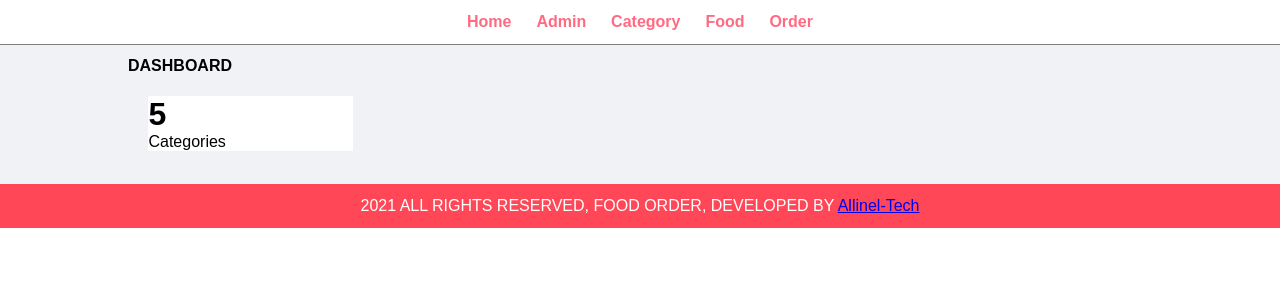
Repository: yazshrilld/food_order
Page: http://localhost/admin/index.php
These files come from the project's save history. The page is drawn as it stood at one moment and after a run of saves; the edit follows.
The browser window is 1280 px wide. The pictures show the whole page.
The page is run by PHP 8.4 with error messages shown; the project is at /var/www/html/.

Above is the page before, as saved 2021-01-24 16:37:03.

### admin/index.php
    <html>
    <head>
        <title>Food Order Website - Home Page</title>
        <link rel="stylesheet" href="../css/admin.css">
    </head>
    <body>
        <!-- Menu Section Starts -->
            <div class="menu text-center">
                <div class="wrapper">
                    <ul>
                        <li><a href="">Home</a></li>
                        <li><a href="">Admin</a></li>
                        <li><a href="">Category</a></li>
                        <li><a href="">Food</a></li>
                        <li><a href="">Order</a></li>
                    </ul>
                </div>
            </div>
        <!-- Menu Section Ends -->

        <!-- Main Content Section Starts -->
            <div class="main-content">
                <div class="wrapper">
                    <strong>DASHBOARD</strong>
                    <div class="col-4">
                        <h1>5</h1>
                        Categories
                    </div>
                </div>
            </div>
        <!-- Main Content Section Ends -->

        <!-- Footer Section Starts -->
            <div class="footer">
                <div class="wrapper">
                    <p class="text-center">2021 ALL RIGHTS RESERVED, FOOD ORDER, DEVELOPED BY <a href="#">Allinel-Tech</a></p>
                </div>
            </div>
        <!-- Footer Section Ends -->

    </body>
</html>

### css/admin.css
/*
    Author: Musa Yazid
    Theme: Food Order Website Admin
    Version: 1.0
*/

* {
    margin: 0;
    padding: 0;
    font-family: Arial, Helvetica, sans-serif;
}

.wrapper {
    padding: 1%;
    width: 80%;
    margin: 0 auto;
}

.text-center {
    text-align: center;
}
/* CSS for Menu */
.menu {
    border-bottom: 1px solid grey;
}
.menu ul {
    list-style-type: none;
}
.menu ul li {
    display: inline;
    padding: 1%;
}
.menu ul li a {
    text-decoration: none;
    font-weight: bold;
    color: #ff6b81;
}
.menu ul li a:hover {

    color: #ff4757;
}

/* CSS for main-content */

.main-content {
    background-color: #f1f2f6;
}
.col-4 {
    width: 20%;
    background-color: white;
    margin: 2%;
}

/* CSS for footer */
.footer {
    background-color: #ff4757;
    color: white;
}

After the next 6 saves:
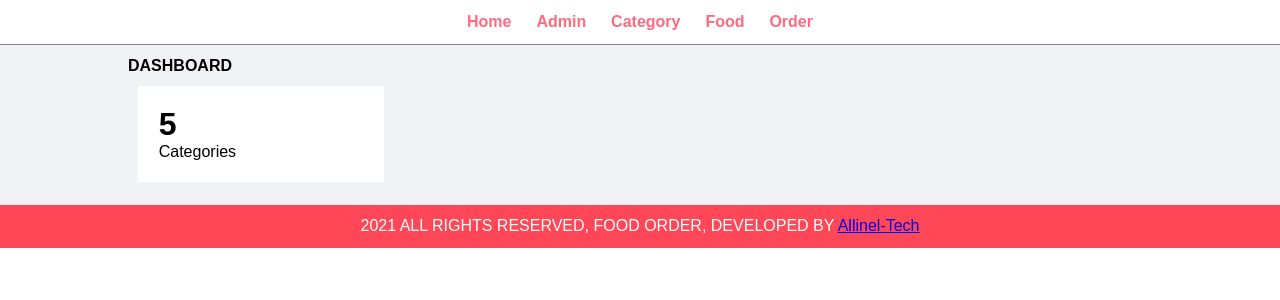
The 6 saves are shown as one change because they came seconds apart.
The last was saved 101 s later.
--- a/css/admin.css
+++ b/css/admin.css
@@ -48,7 +48,8 @@
 .col-4 {
     width: 20%;
     background-color: white;
-    margin: 2%;
+    margin: 1%;
+    padding: 2%;
 }
 
 /* CSS for footer */
